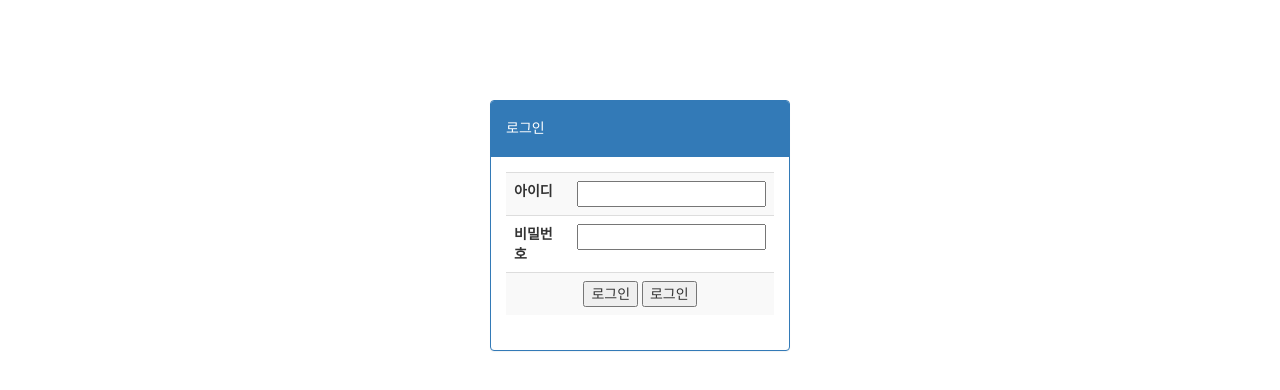
Repository: simDev1234/WebStudy
Page: http://localhost/2022_0607_PhotoGallery/member/login_form.do
These files come from the project's save history. The page is drawn as it stood at one moment and after the next save; the edit follows.
The browser window is 1280 px wide. The pictures show the whole page.
The page is served by Tomcat 9. Other server files are loaded and not shown.

Above is the page before, as saved 2022-06-07 08:17:49.

### _01_상반기_WebStudy/2022_0607_PhotoGallery/src/main/webapp/member/member_login_form.jsp
<%@ page language="java" contentType="text/html; charset=UTF-8"
    pageEncoding="UTF-8"%>
<!DOCTYPE html>
<html>
<head>
<meta charset="UTF-8">
<!-- Bootstrap 3.x -->
<link rel="stylesheet" href="https://maxcdn.bootstrapcdn.com/bootstrap/3.4.1/css/bootstrap.min.css">
<script src="https://ajax.googleapis.com/ajax/libs/jquery/3.6.0/jquery.min.js"></script>
<script src="https://maxcdn.bootstrapcdn.com/bootstrap/3.4.1/js/bootstrap.min.js"></script>
<style type="text/css">
    #box{
       width : 300px;
       margin : auto;
       margin-top : 100px;
    }
</style>
<title>Insert title here</title>
</head>
<body>
   <form>
      <div id = "box">
         <div class="panel panel-primary">
		    <div class="panel-heading"><h5>로그인</h5></div>
		    <div class="panel-body">
		       <table class = "table table-striped">
		           <tr>
		             <th>아이디</th>
		             <td><input name = "m_id"></td>
		           </tr>
		           <tr>
		             <th>비밀번호</th>
		             <td><input type = "password" name = "m_pwd"></td>
		           </tr>
		           <tr>
		             <td colspan = "2" align = "center">
		                <input type = "button" value = "로그인">
		                <input type = "button" value = "로그인">
		             </td>
		           </tr>
		       </table>
		    </div>
		 </div>
      </div>
   </form>
</body>
</html>

### _01_상반기_WebStudy/2022_0607_PhotoGallery/src/main/java/action/member/MemberLoginFormAction.java
package action.member;

import java.io.IOException;
import javax.servlet.RequestDispatcher;
import javax.servlet.ServletException;
import javax.servlet.annotation.WebServlet;
import javax.servlet.http.HttpServlet;
import javax.servlet.http.HttpServletRequest;
import javax.servlet.http.HttpServletResponse;

/**
 * Servlet implementation class MemberLoginFormAction
 */
@WebServlet("/member/login_form.do")
public class MemberLoginFormAction extends HttpServlet {
	private static final long serialVersionUID = 1L;

	/**
	 * @see HttpServlet#HttpServlet()
	 */
	public MemberLoginFormAction() {
		super();
		// TODO Auto-generated constructor stub
	}

	/**
	 * @see HttpServlet#service(HttpServletRequest request, HttpServletResponse response)
	 */
	protected void service(HttpServletRequest request, HttpServletResponse response)
			throws ServletException, IOException {

		//forward
		String forward_page = "member_login_form.jsp";
		RequestDispatcher disp = request.getRequestDispatcher(forward_page);
		disp.forward(request, response);

	}

}

After the next save:
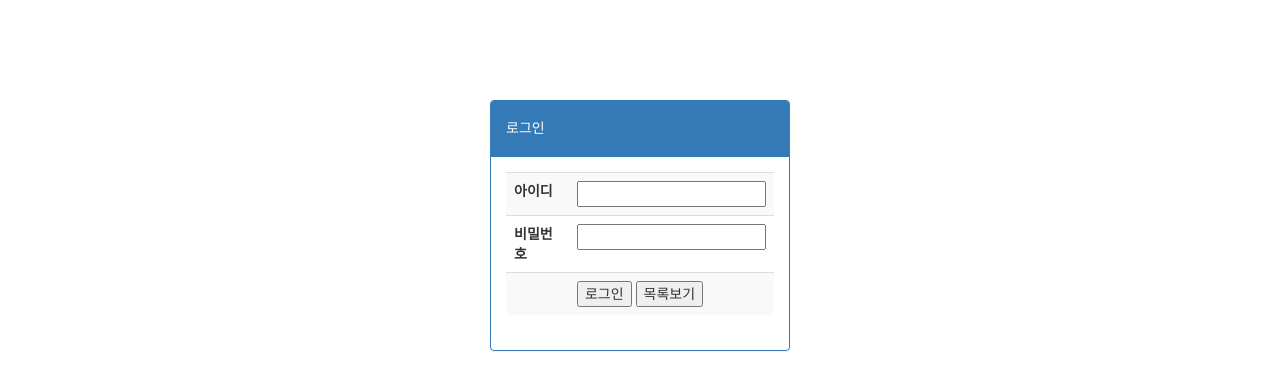
Saved 9 s later.
--- a/_01_상반기_WebStudy/2022_0607_PhotoGallery/src/main/webapp/member/member_login_form.jsp
+++ b/_01_상반기_WebStudy/2022_0607_PhotoGallery/src/main/webapp/member/member_login_form.jsp
@@ -35,7 +35,7 @@
 		           <tr>
 		             <td colspan = "2" align = "center">
 		                <input type = "button" value = "로그인">
-		                <input type = "button" value = "로그인">
+		                <input type = "button" value = "목록보기" onclick = "location.href = ''">
 		             </td>
 		           </tr>
 		       </table>
